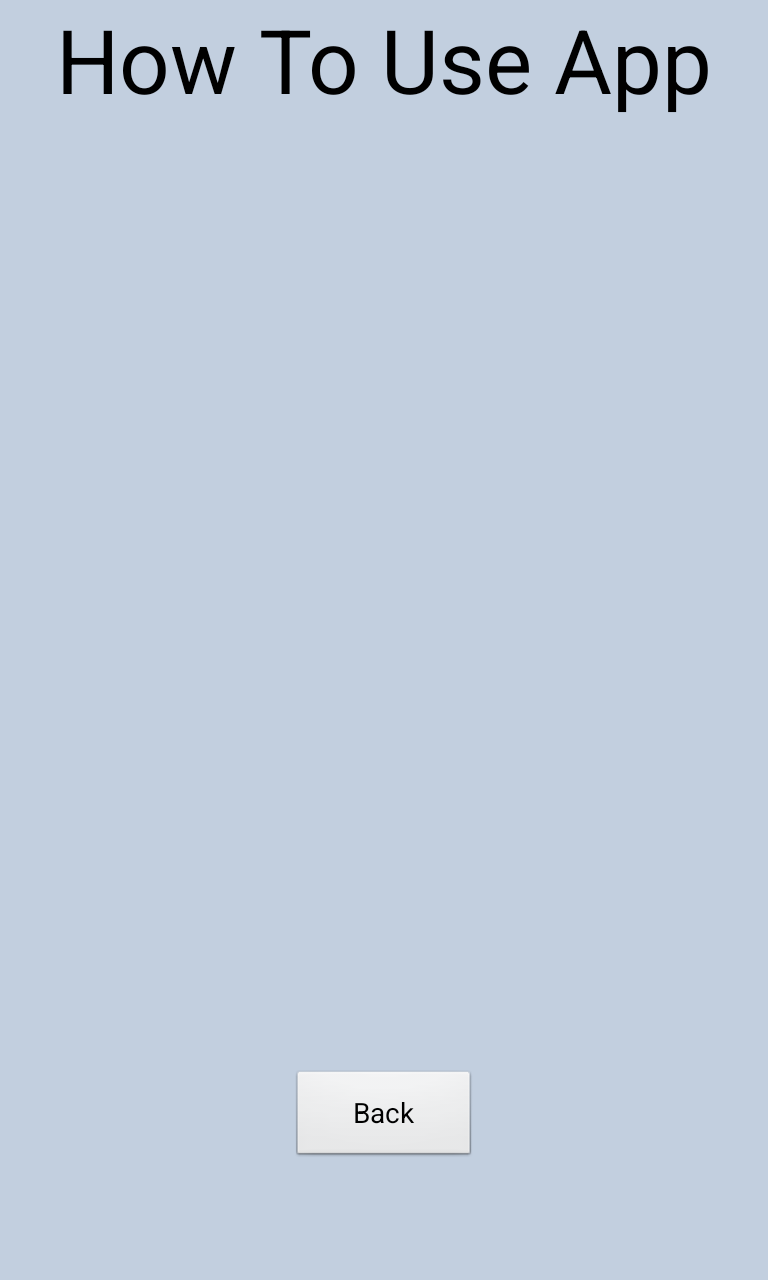
Repository: parinya1968/My-project
Layout: DroidWork/getBig/res/layout/howto.xml
An editor plug-in stored every save of this project. The layout is shown before and after the next save, followed by the edit.
It is drawn on a 768 x 1280 px phone screen (xhdpi) without system bars, with theme android:Theme.NoTitleBar.Fullscreen; the app's code is not run.

Above is the layout before, as saved 2012-06-20 05:56:15.

### DroidWork/getBig/res/layout/howto.xml
<?xml version="1.0" encoding="utf-8"?>
<LinearLayout xmlns:android="http://schemas.android.com/apk/res/android"
    android:layout_width="fill_parent"
    android:layout_height="fill_parent"
    android:background="#C2CFDF"
    android:orientation="vertical" >

    <TextView
        android:layout_width="wrap_content"
        android:layout_height="wrap_content"
        android:layout_gravity="center_horizontal"
        android:text="How To Use App"
        android:textColor="#000000"
        android:textSize="20pt" />




    <TextView
        android:id="@+id/textView1"
        android:layout_width="match_parent"
        android:layout_height="475dp"
        android:layout_gravity="center"
        android:textColor="@android:color/white"
         android:text="@string/howTo"
        android:textSize="12pt" />


    <Button
        android:id="@+id/howtoBackBtn"
        android:layout_width="94dp"
        android:layout_height="wrap_content"
        android:layout_gravity="center"
        android:text="Back" />

</LinearLayout>

### DroidWork/getBig/res/values/strings.xml
<?xml version="1.0" encoding="utf-8"?>
<resources>

    <string name="hello">Hello World, GetBigActivity!</string>
    <string name="app_name">GetBig</string>
    <string name="howTo"></string>

</resources>

After the next save:
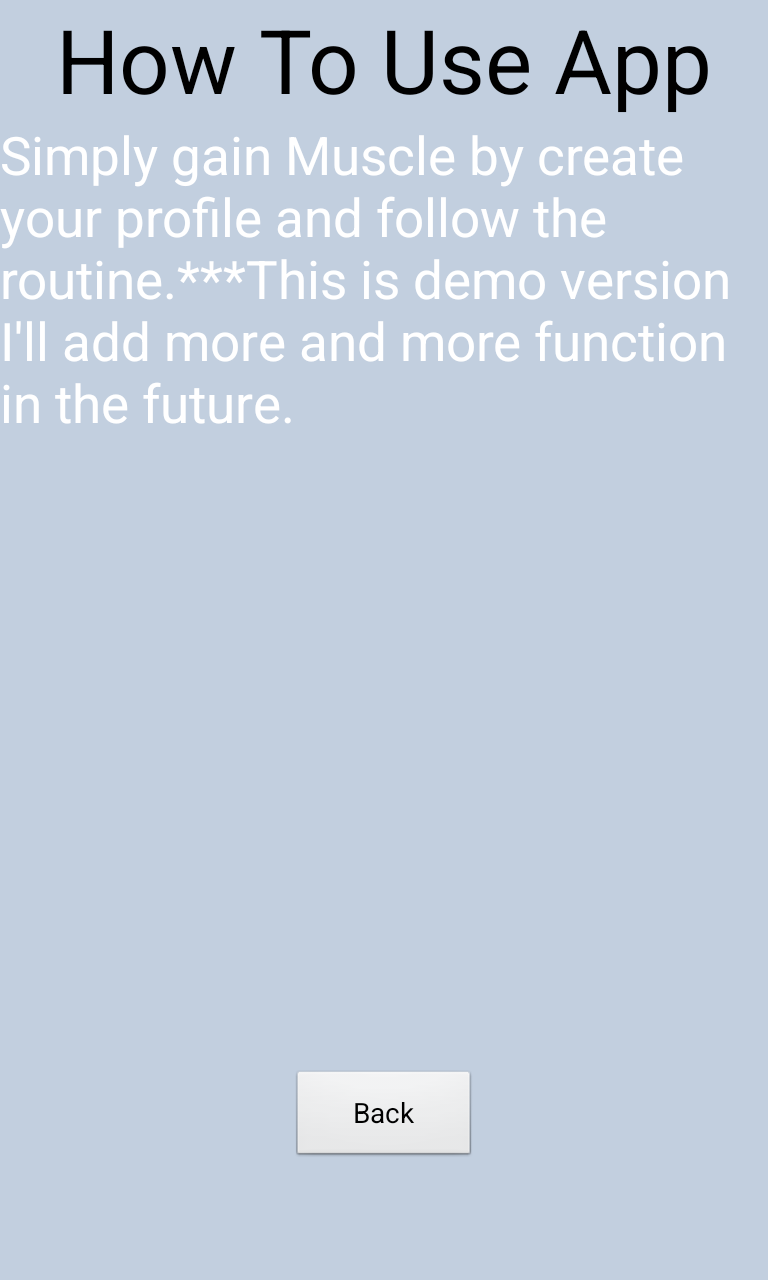
Saved 53 s later.
--- a/DroidWork/getBig/res/values/strings.xml
+++ b/DroidWork/getBig/res/values/strings.xml
@@ -3,6 +3,6 @@
 
     <string name="hello">Hello World, GetBigActivity!</string>
     <string name="app_name">GetBig</string>
-    <string name="howTo"></string>
+    <string name="howTo"><p>Simply gain Muscle by create your profile and follow the routine.***This is demo version I'll add more and more function in the future.</p></string>
 
 </resources>
